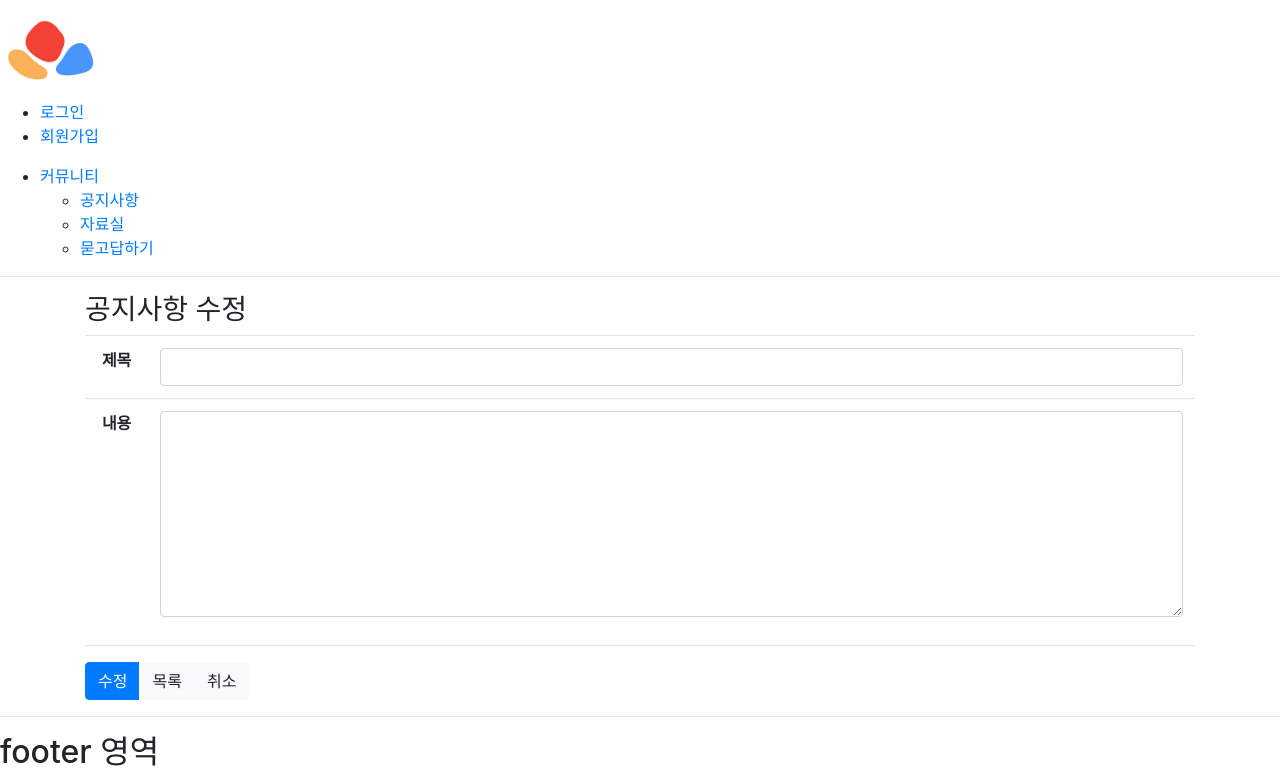
Repository: rnjsmj/pro01
Page: http://localhost/pro01/notice/notice_edit.jsp
These files come from the project's save history. The page is drawn as it stood at one moment and after the next save; the edit follows.
The browser window is 1280 px wide. The pictures show the whole page.
The page is served by Tomcat 9. Nobody is signed in. The application's start-up code is not run. The template is opened directly, without the code that normally fills it, so the values that code supplies are empty.

Above is the page before, as saved 2024-04-05 07:16:51.

After the next save:
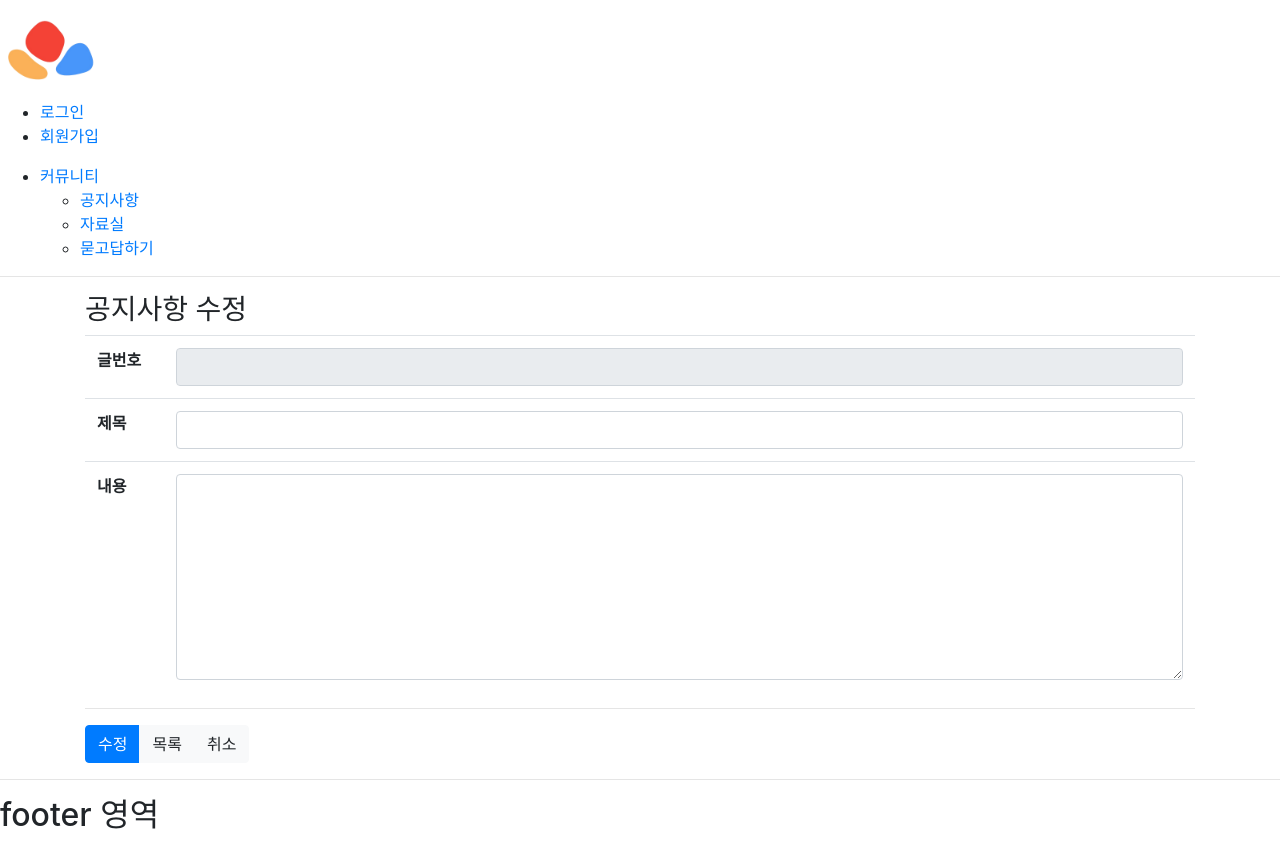
Saved 39 s later.
--- a/pro01/WebContent/notice/notice_edit.jsp
+++ b/pro01/WebContent/notice/notice_edit.jsp
@@ -10,8 +10,7 @@
 <title>${title }</title>
 <%@ include file="/head.jsp" %>
 <style>
-.notice-no { display:none; }
-.table th { text-align:center; }
+
 </style>
 </head>
 <body>
